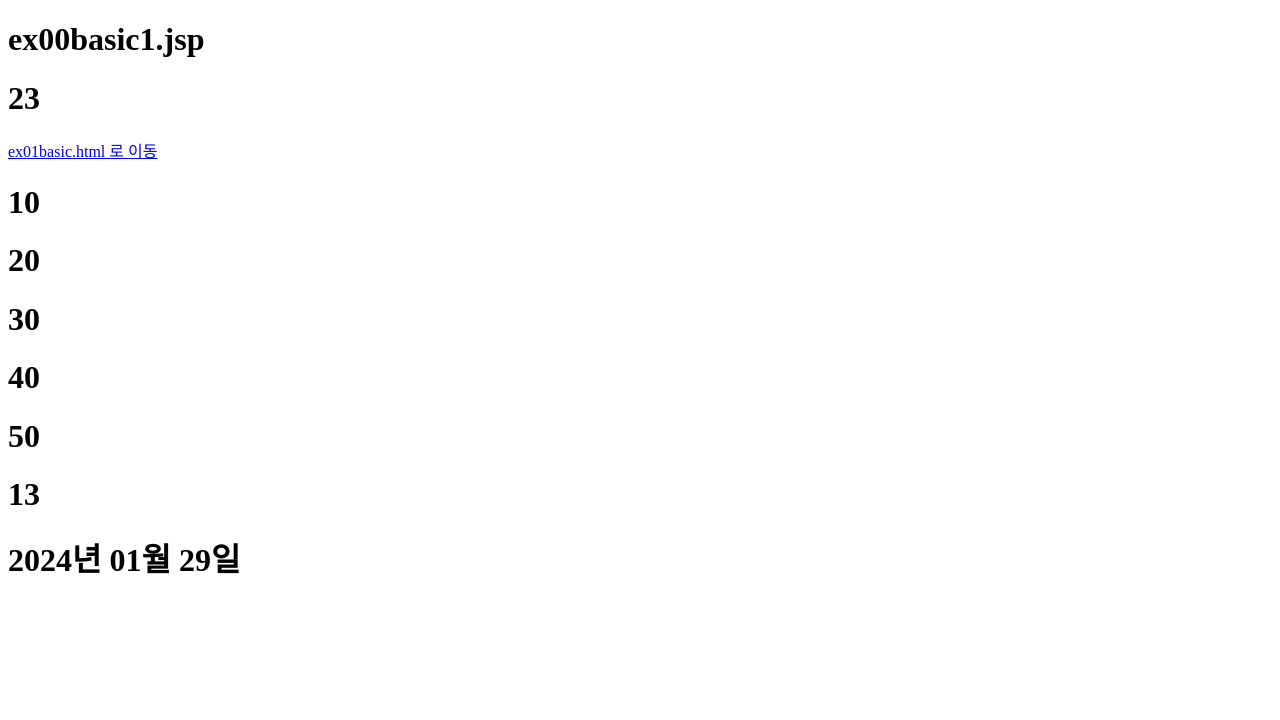
Repository: wonusuh/WonuSuhJspWorkspace
Page: http://localhost/basicJSP/ex00basic1.jsp
The author's editor kept a copy of each file at every save. The page is drawn from the files as they stood at one save, then again after the next save.
The browser window is 1280 px wide. The pictures show the whole page.
The page is served by Tomcat 9.

Above is the page before, as saved 2024-01-29 08:35:04.

After the next save:
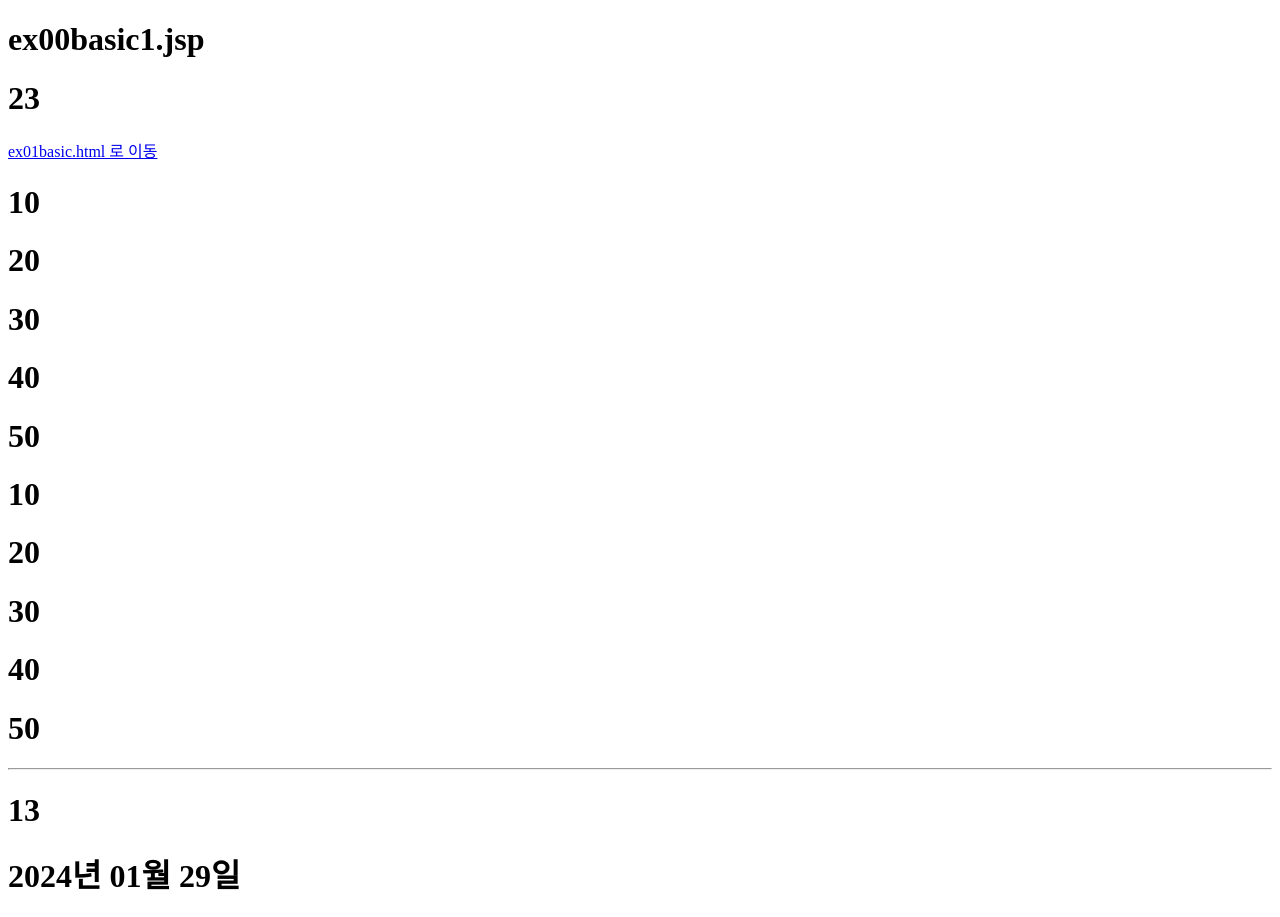
Saved 101 s later.
--- a/basicJSP/src/main/webapp/ex00basic1.jsp
+++ b/basicJSP/src/main/webapp/ex00basic1.jsp
@@ -11,7 +11,7 @@
 <body>
 	<h1>ex00basic1.jsp</h1>
 	<%
-	int[] arr ={10,20,30,40,50,};
+	int[] arr = { 10, 20, 30, 40, 50, };
 	int num = 3 + 10;
 	%>
 	<h1><%=num + 10%></h1>
@@ -22,10 +22,19 @@
 	String now = today.format(DateTimeFormatter.ofPattern("yyyy년 MM월 dd일"));
 	%>
 	<%
-	for(int i=0; i <arr.length; i+=1){
-		out.println("<h1>"+arr[i]+"</h1>");
+	for (int i = 0; i < arr.length; i += 1) {
+		out.println("<h1>" + arr[i] + "</h1>");
 	}
 	%>
+	<%
+	for (int i = 0; i < arr.length; i += 1) {
+	%>
+	<h1>
+		<%=arr[i]%></h1>
+	<%
+	}
+	%>
+	<hr>
 	<h1><%=num%></h1>
 	<h1><%=now%></h1>
 </body>
